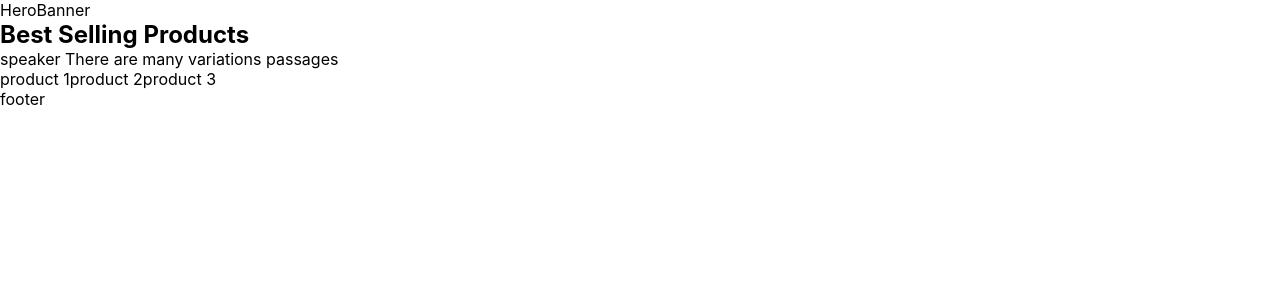
Repository: syni18/e-shop
Page: /
These files come from the project's save history. The page is drawn as it stood at one moment and after the next save; the edit follows.
The browser window is 1280 px wide. The pictures show the whole page.
The project was rebuilt for these pictures with package versions that can differ from the ones it lists, and the page was loaded fresh each time. The framework's server and built-in components were replaced by stand-ins that run in the browser. Also part of the build but not shown: next.config.js.

Above is the page before, as saved 2022-08-09 01:24:33.

### pages/index.js
import React from 'react'

const index = () => {
  return (
    <>
      HeroBanner
      <div className='products'>
        <h2>Best Selling Products</h2>
        <p>speaker There are many variations passages</p>
      </div>
      <div>
        {['product 1', 'product 2', 'product 3'].map((product) =>product)}
      </div>

      footer
    </>
  );
}

export default index

Loaded but not shown: pages/_app.js (common file); styles/globals.css (common file)

After the next save:
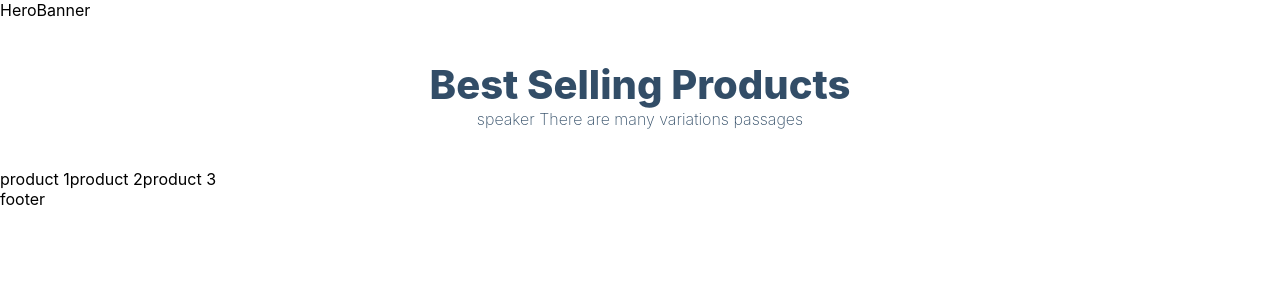
Saved 4 s later.
--- a/pages/index.js
+++ b/pages/index.js
@@ -4,7 +4,7 @@ const index = () => {
   return (
     <>
       HeroBanner
-      <div className='products'>
+      <div className='products-heading'>
         <h2>Best Selling Products</h2>
         <p>speaker There are many variations passages</p>
       </div>
